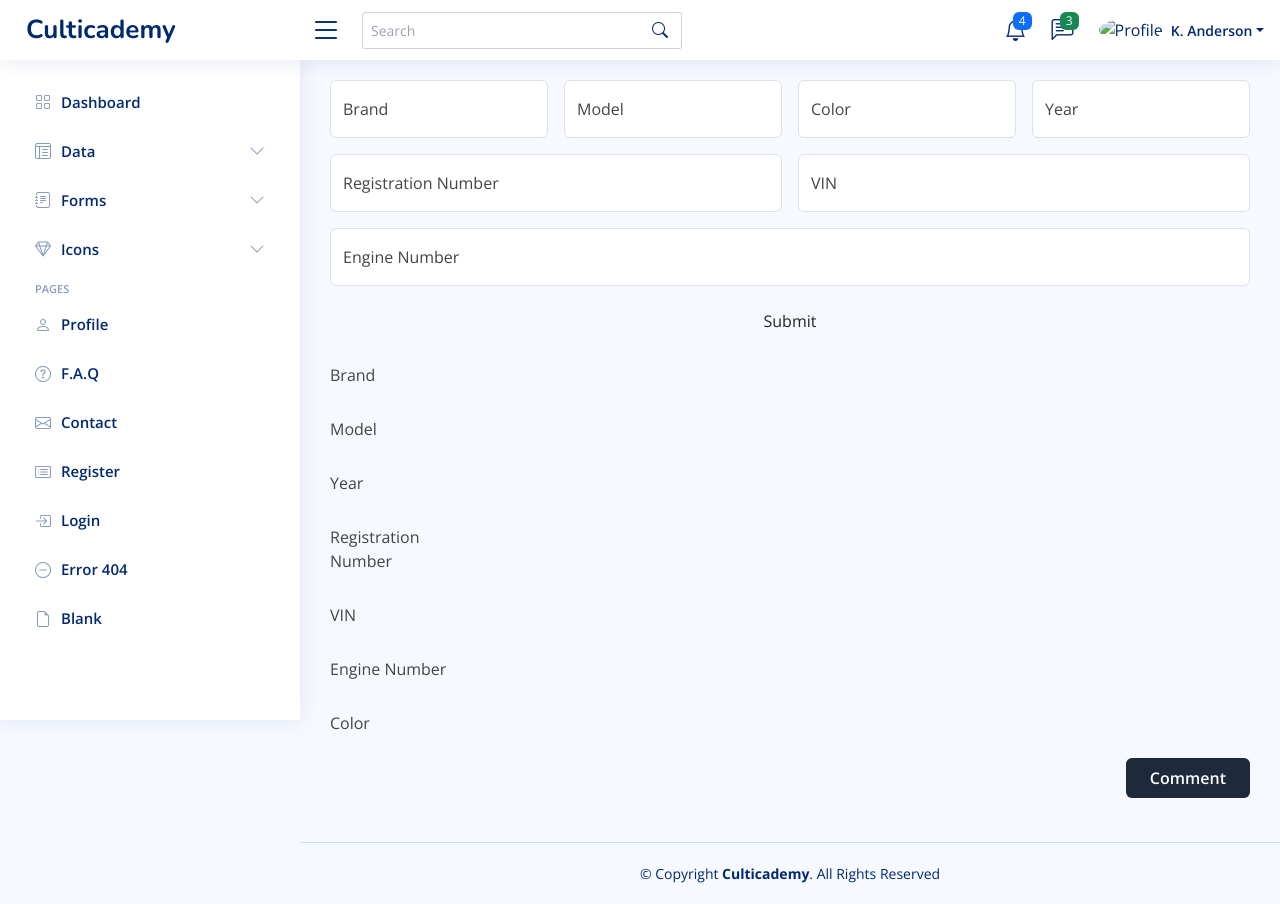
Repository: Jistoper/car_rental
Page: http://localhost/create
The author's editor kept a copy of each file at every save. The page is drawn from the files as they stood at one save, then again after the next save.
The browser window is 1280 px wide. The pictures show the whole page.
The page is served by the project's Laravel application, run on PHP 8.4 with Laravel 9. Other server files are loaded and not shown. Style sheets and scripts are compiled from the project's sources, by tool versions that may differ from the author's.

Above is the page before, as saved 2023-06-22 14:41:53.

### routes/web.php
<?php

use Illuminate\Support\Facades\Route;
use App\Http\Controllers\carcontroller;

/*
|--------------------------------------------------------------------------
| Web Routes
|--------------------------------------------------------------------------
|
| Here is where you can register web routes for your application. These
| routes are loaded by the RouteServiceProvider within a group which
| contains the "web" middleware group. Now create something great!
|
*/

Route::get('/dashboard', function () {
    return view('backsite.dashboard');
})->name('dashboard');

Route::controller(CarController::class)->as('car.')->group(function(){
    Route::get('/car', 'getall')->name('getall');
    Route::get('/create', 'create')->name('create');
    Route::post('/create', 'store')->name('store');
});

### app/Http/Controllers/carcontroller.php
<?php

namespace App\Http\Controllers;

use Illuminate\Http\Request;
use Illuminate\Support\Facades\Http;
use Illuminate\Support\Facades\View;


class CarController extends Controller
{
    public function getall()
    {
        $response = Http::get('http://localhost:8080/api/cars');
        $cars = json_decode($response, true);

        return view('backsite.content.car.cartable', ['Cars' => $cars['Cars']]);
    }

    public function getbyid()
    {

    }

    public function create()
    {
        return View('backsite.content.car.createcar');
    }

    public function storeCar()
    {
        $data = [
            "brand" => "Toyota",
            "model" => "Avanza",
            "year" => 2022,
            "registration_number" => "AB123CD",
            "vin" => "1HGCM82633A123456",
            "engine_number" => "ENG123456789",
            "color" => "Black",
            "is_available" => true
        ];

        $token = "Bearer eyJhbGciOiJIUzI1NiIsInR5cCI6IkpXVCJ9.eyJleHAiOjE2ODkxNjgwMjMsInN1YiI6InRlc3QxMiJ9.-ezLSqJzIuUbum_p1NXeInNHkG953SP_4fMdbOgrlUo"; // Replace with your actual auth token

        $response = Http::withHeaders([
            "Authorization" => $token,
            "Content-Type" => "application/json",
        ])->post('http://localhost:8080/api/cars', $data);
    }

    public function update()
    {

    }

    public function delete()
    {

    }
}

### resources/views/backsite/content/car/createcar.blade.php
@extends('backsite.dashboard')

@section('content')

<div>
    <form class="row g-3">
        <div class="col-md-3">
            <div class="form-floating">
                <input type="text" name="brand" id="brand" class="form-control @error('brand') border-red-500 @enderror" value="{{ old('brand') }}" placeholder="Brand">
                <label for="brand">Brand</label>
            </div>
        </div>
        <div class="col-md-3">
            <div class="form-floating">
                <input type="text" name="model" id="model" class="form-control @error('model') border-red-500 @enderror" value="{{ old('model') }}" placeholder="Model">
                <label for="model">Model</label>
            </div>
        </div>
        <div class="col-md-3">
            <div class="form-floating">
                <input type="text" name="color" id="color" class="form-control @error('color') border-red-500 @enderror" value="{{ old('color') }}" placeholder="Color">
                <label for="color">Color</label>
            </div>
        </div>
        <div class="col-md-3">
            <div class="form-floating">
                <input type="text" name="year" id="year" class="form-control @error('year') border-red-500 @enderror" value="{{ old('year') }}" placeholder="Year">
                <label for="year">Year</label>
            </div>
        </div>
        <div class="col-md-6">
          <div class="form-floating">
            <input type="text" name="registration_number" id="registration_number" class="form-control @error('registration_number') border-red-500 @enderror" value="{{ old('registration_number') }}" placeholder="Registration Number">
            <label for="registration_number">Registration Number</label>
          </div>
        </div>
        <div class="col-md-6">
          <div class="col-md-12">
            <div class="form-floating">
                <input type="text" name="vin" id="vin" class="form-control @error('vin') border-red-500 @enderror" value="{{ old('vin') }}" placeholder="VIN">
              <label for="vin">VIN</label>
            </div>
          </div>
        </div>
        <div class="col-md-12">
          <div class="form-floating">
            <input type="text" name="engine_number" id="engine_number" class="form-control @error('engine_number') border-red-500 @enderror" value="{{ old('engine_number') }}" placeholder="Engine Number">
            <label for="engine_number">Engine Number</label>
          </div>
        </div>
        <div class="text-center mb-3">
            <button class="btn btn-rounded-primary" onclick="getContent()" type="submit">
                <span>
                    Submit
                </span>
            </button>
        </div>
      </form><!-- End floating Labels Form -->
    <form action="{{ route('car.store') }}" method="POST" class="mb-4">
        @csrf
        <div class="row mb-3">
            <label for="inputText" class="col-sm-2 col-form-label">Brand</label>
            <div class="col-sm-4">

            </div>
        </div>
        <div class="row mb-3">
            <label for="inputText" class="col-sm-2 col-form-label">Model</label>
            <div class="col-sm-4">

            </div>
        </div>
        <div class="row mb-3">
            <label for="inputText" class="col-sm-2 col-form-label">Year</label>
            <div class="col-sm-4">

            </div>
        </div>
        <div class="row mb-3">
            <label for="inputText" class="col-sm-2 col-form-label">Registration Number</label>
            <div class="col-sm-4">

            </div>
        </div>
        <div class="row mb-3">
            <label for="inputText" class="col-sm-2 col-form-label">VIN</label>
            <div class="col-sm-4">

            </div>
        </div>
        <div class="row mb-3">
            <label for="inputText" class="col-sm-2 col-form-label">Engine Number</label>
            <div class="col-sm-4">

            </div>
        </div>
        <div class="row mb-3">
            <label for="inputText" class="col-sm-2 col-form-label">Color</label>
            <div class="col-sm-4">

            </div>
        </div>
        <div class="flex items-center justify-end">
            <button class="flex items-center space-x-1 bg-slate-800 hover:bg-slate-700 text-white font-semibold py-2 px-4 rounded" onclick="getContent()" type="submit">
                <span>
                    Comment
                </span>
            </button>
        </div>
    </form>
</div>

@endsection

### resources/views/backsite/partials/sidebar.blade.php
<aside id="sidebar" class="sidebar">

    <ul class="sidebar-nav" id="sidebar-nav">

      <li class="nav-item">
        <a class="nav-link collapsed" href="{{ route('dashboard') }}">
          <i class="bi bi-grid"></i>
          <span>Dashboard</span>
        </a>
      </li><!-- End Dashboard Nav -->

      <li class="nav-item">
        <a class="nav-link collapsed" data-bs-target="#tables-nav" data-bs-toggle="collapse" href="#">
          <i class="bi bi-layout-text-window-reverse"></i><span>Data</span><i class="bi bi-chevron-down ms-auto"></i>
        </a>
        <ul id="tables-nav" class="nav-content collapse " data-bs-parent="#sidebar-nav">
          <li>
            <a href="{{ route('car.getall') }}">
              <i class="bi bi-circle"></i><span>Cars</span>
            </a>
          </li>
          <li>
            <a href="{{ route('dashboard') }}">
              <i class="bi bi-circle"></i><span>Data Tables</span>
            </a>
          </li>
        </ul>
      </li><!-- End Tables Nav -->

      <li class="nav-item">
        <a class="nav-link collapsed" data-bs-target="#forms-nav" data-bs-toggle="collapse" href="#">
          <i class="bi bi-journal-text"></i><span>Forms</span><i class="bi bi-chevron-down ms-auto"></i>
        </a>
        <ul id="forms-nav" class="nav-content collapse " data-bs-parent="#sidebar-nav">
          <li>
            <a href="forms-elements.html">
              <i class="bi bi-circle"></i><span>Form Elements</span>
            </a>
          </li>
          <li>
            <a href="forms-layouts.html">
              <i class="bi bi-circle"></i><span>Form Layouts</span>
            </a>
          </li>
          <li>
            <a href="forms-editors.html">
              <i class="bi bi-circle"></i><span>Form Editors</span>
            </a>
          </li>
          <li>
            <a href="forms-validation.html">
              <i class="bi bi-circle"></i><span>Form Validation</span>
            </a>
          </li>
        </ul>
      </li><!-- End Forms Nav -->

      <li class="nav-item">
        <a class="nav-link collapsed" data-bs-target="#icons-nav" data-bs-toggle="collapse" href="#">
          <i class="bi bi-gem"></i><span>Icons</span><i class="bi bi-chevron-down ms-auto"></i>
        </a>
        <ul id="icons-nav" class="nav-content collapse " data-bs-parent="#sidebar-nav">
          <li>
            <a href="icons-bootstrap.html">
              <i class="bi bi-circle"></i><span>Bootstrap Icons</span>
            </a>
          </li>
          <li>
            <a href="icons-remix.html">
              <i class="bi bi-circle"></i><span>Remix Icons</span>
            </a>
          </li>
          <li>
            <a href="icons-boxicons.html">
              <i class="bi bi-circle"></i><span>Boxicons</span>
            </a>
          </li>
        </ul>
      </li><!-- End Icons Nav -->

      <li class="nav-heading">Pages</li>

      <li class="nav-item">
        <a class="nav-link collapsed" href="users-profile.html">
          <i class="bi bi-person"></i>
          <span>Profile</span>
        </a>
      </li><!-- End Profile Page Nav -->

      <li class="nav-item">
        <a class="nav-link collapsed" href="pages-faq.html">
          <i class="bi bi-question-circle"></i>
          <span>F.A.Q</span>
        </a>
      </li><!-- End F.A.Q Page Nav -->

      <li class="nav-item">
        <a class="nav-link collapsed" href="pages-contact.html">
          <i class="bi bi-envelope"></i>
          <span>Contact</span>
        </a>
      </li><!-- End Contact Page Nav -->

      <li class="nav-item">
        <a class="nav-link collapsed" href="pages-register.html">
          <i class="bi bi-card-list"></i>
          <span>Register</span>
        </a>
      </li><!-- End Register Page Nav -->

      <li class="nav-item">
        <a class="nav-link collapsed" href="pages-login.html">
          <i class="bi bi-box-arrow-in-right"></i>
          <span>Login</span>
        </a>
      </li><!-- End Login Page Nav -->

      <li class="nav-item">
        <a class="nav-link collapsed" href="pages-error-404.html">
          <i class="bi bi-dash-circle"></i>
          <span>Error 404</span>
        </a>
      </li><!-- End Error 404 Page Nav -->

      <li class="nav-item">
        <a class="nav-link collapsed" href="pages-blank.html">
          <i class="bi bi-file-earmark"></i>
          <span>Blank</span>
        </a>
      </li><!-- End Blank Page Nav -->

    </ul>

  </aside><!-- End Sidebar-->

### public/assets/simple-datatables/style.css
.datatable-wrapper.no-header .datatable-container {
	border-top: 1px solid #d9d9d9;
}

.datatable-wrapper.no-footer .datatable-container {
	border-bottom: 1px solid #d9d9d9;
}

.datatable-top,
.datatable-bottom {
	padding: 8px 10px;
}

.datatable-top > nav:first-child,
.datatable-top > div:first-child,
.datatable-bottom > nav:first-child,
.datatable-bottom > div:first-child {
	float: left;
}

.datatable-top > nav:last-child,
.datatable-top > div:last-child,
.datatable-bottom > nav:last-child,
.datatable-bottom > div:last-child {
	float: right;
}

.datatable-selector {
	padding: 6px;
}

.datatable-input {
	padding: 6px 12px;
}

.datatable-info {
	margin: 7px 0;
}

/* PAGER */
.datatable-pagination ul {
	margin: 0;
	padding-left: 0;
}

.datatable-pagination li {
	list-style: none;
	float: left;
}

.datatable-pagination li.datatable-hidden {
    visibility: hidden;
}

.datatable-pagination a {
	border: 1px solid transparent;
	float: left;
	margin-left: 2px;
	padding: 6px 12px;
	position: relative;
	text-decoration: none;
	color: #333;
    cursor: pointer;
}

.datatable-pagination a:hover {
	background-color: #d9d9d9;
}

.datatable-pagination .datatable-active a,
.datatable-pagination .datatable-active a:focus,
.datatable-pagination .datatable-active a:hover {
	background-color: #d9d9d9;
	cursor: default;
}

.datatable-pagination .datatable-ellipsis a,
.datatable-pagination .datatable-disabled a,
.datatable-pagination .datatable-disabled a:focus,
.datatable-pagination .datatable-disabled a:hover {
    pointer-events: none;
    cursor: default;
}

.datatable-pagination .datatable-disabled a,
.datatable-pagination .datatable-disabled a:focus,
.datatable-pagination .datatable-disabled a:hover {
	cursor: not-allowed;
	opacity: 0.4;
}

.datatable-pagination .datatable-pagination a {
	font-weight: bold;
}

/* TABLE */
.datatable-table {
	max-width: 100%;
	width: 100%;
	border-spacing: 0;
	border-collapse: separate;
}

.datatable-table > tbody > tr > td,
.datatable-table > tbody > tr > th,
.datatable-table > tfoot > tr > td,
.datatable-table > tfoot > tr > th,
.datatable-table > thead > tr > td,
.datatable-table > thead > tr > th {
	vertical-align: top;
	padding: 8px 10px;
}

.datatable-table > thead > tr > th {
	vertical-align: bottom;
	text-align: left;
	border-bottom: 1px solid #d9d9d9;
}

.datatable-table > tfoot > tr > th {
	vertical-align: bottom;
	text-align: left;
	border-top: 1px solid #d9d9d9;
}

.datatable-table th {
	vertical-align: bottom;
	text-align: left;
}

.datatable-table th a {
	text-decoration: none;
	color: inherit;
}

.datatable-sorter, .datatable-filter {
	display: inline-block;
	height: 100%;
	position: relative;
	width: 100%;
}

.datatable-sorter::before,
.datatable-sorter::after {
	content: "";
	height: 0;
	width: 0;
	position: absolute;
	right: 4px;
	border-left: 4px solid transparent;
	border-right: 4px solid transparent;
	opacity: 0.2;
}


.datatable-sorter::before {
	border-top: 4px solid #000;
	bottom: 0px;
}

.datatable-sorter::after {
	border-bottom: 4px solid #000;
	border-top: 4px solid transparent;
	top: 0px;
}

.datatable-ascending .datatable-sorter::after,
.datatable-descending .datatable-sorter::before,
.datatable-ascending .datatable-filter::after,
.datatable-descending .datatable-filter::before {
	opacity: 0.6;
}

.datatable-filter::before {
    content: "";
    position: absolute;
    right: 4px;
    opacity: 0.2;
    width: 0;
    height: 0;
    border-left: 7px solid transparent;
    border-right: 7px solid transparent;
	border-radius: 50%;
    border-top: 10px solid #000;
    top: 25%;
}

.datatable-filter-active .datatable-filter::before {
    opacity: 0.6;
}

.datatable-empty {
	text-align: center;
}

.datatable-top::after, .datatable-bottom::after {
	clear: both;
	content: " ";
	display: table;
}

table.datatable-table:focus tr.datatable-cursor > td:first-child {
	border-left: 3px blue solid;
}

table.datatable-table:focus {
	outline: solid 1px black;
    outline-offset: -1px;
}

Loaded but not shown: app/Http/Controllers/Controller.php (common file); public/assets/bootstrap/css/bootstrap.min.css (library); public/assets/bootstrap-icons/bootstrap-icons.css (library); public/assets/boxicons/css/boxicons.min.css (library); public/assets/apexcharts/apexcharts.min.js (library); public/assets/bootstrap/js/bootstrap.bundle.min.js (library); public/assets/chart.js/chart.umd.js (library); public/assets/echarts/echarts.min.js (library); public/assets/quill/quill.min.js (library); public/assets/simple-datatables/simple-datatables.js (library); public/assets/tinymce/tinymce.min.js (library); resources/css/app.css (common file); public/js/main.js (321 lines, source omitted); public/assets/php-email-form/validate.js (85 lines, source omitted); tailwind.config.js (26 lines, source omitted); public/assets/remixicon/remixicon.css (2526 lines, source omitted); resources/views/backsite/dashboard.blade.php (741 lines, source omitted); public/assets/quill/quill.bubble.css (952 lines, source omitted); public/assets/quill/quill.snow.css (945 lines, source omitted); public/css/style.css (1233 lines, source omitted); resources/views/backsite/partials/header.blade.php (225 lines, source omitted)

After the next save:
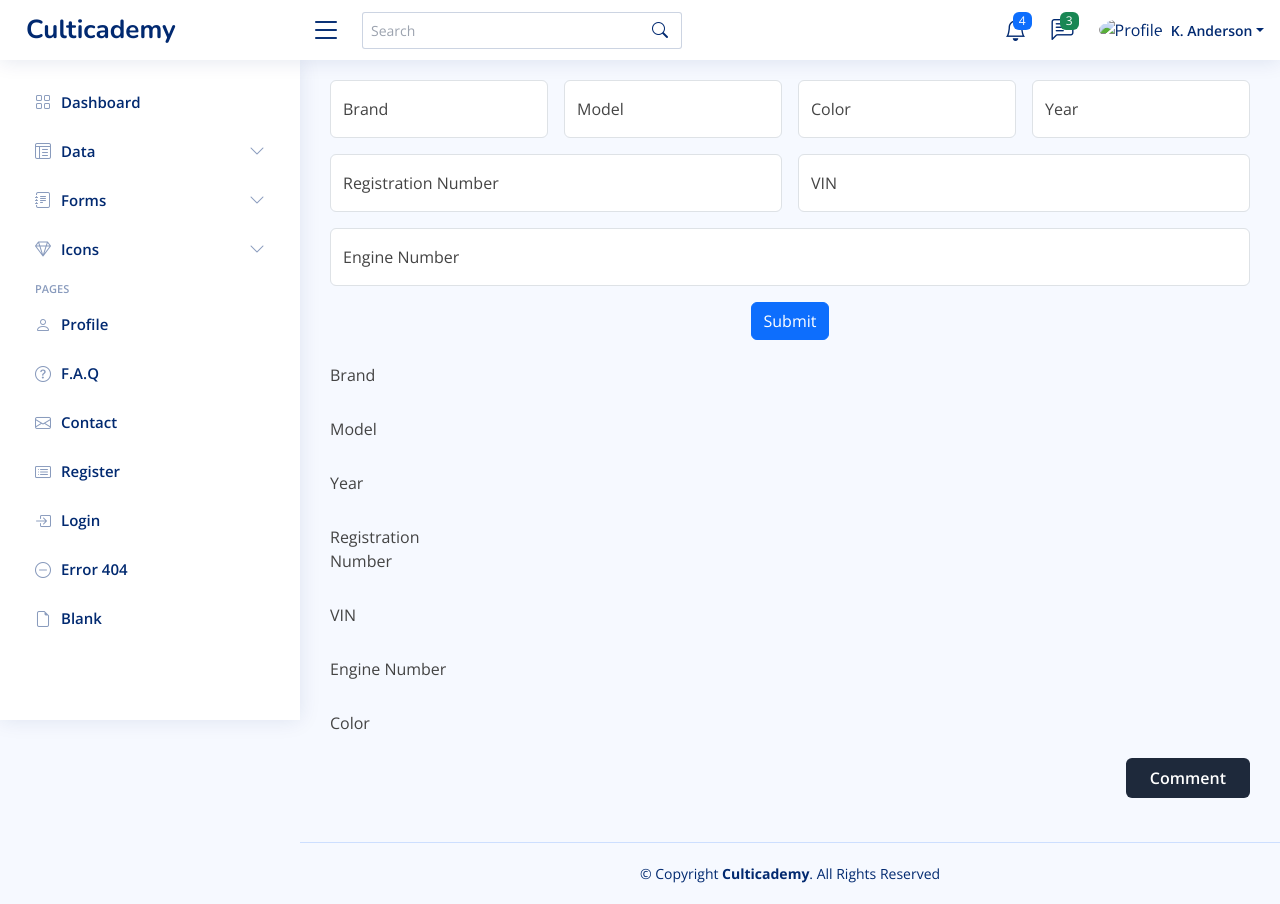
Saved 7 s later.
--- a/resources/views/backsite/content/car/createcar.blade.php
+++ b/resources/views/backsite/content/car/createcar.blade.php
@@ -49,7 +49,7 @@
           </div>
         </div>
         <div class="text-center mb-3">
-            <button class="btn btn-rounded-primary" onclick="getContent()" type="submit">
+            <button class="btn btn-primary" onclick="getContent()" type="submit">
                 <span>
                     Submit
                 </span>
